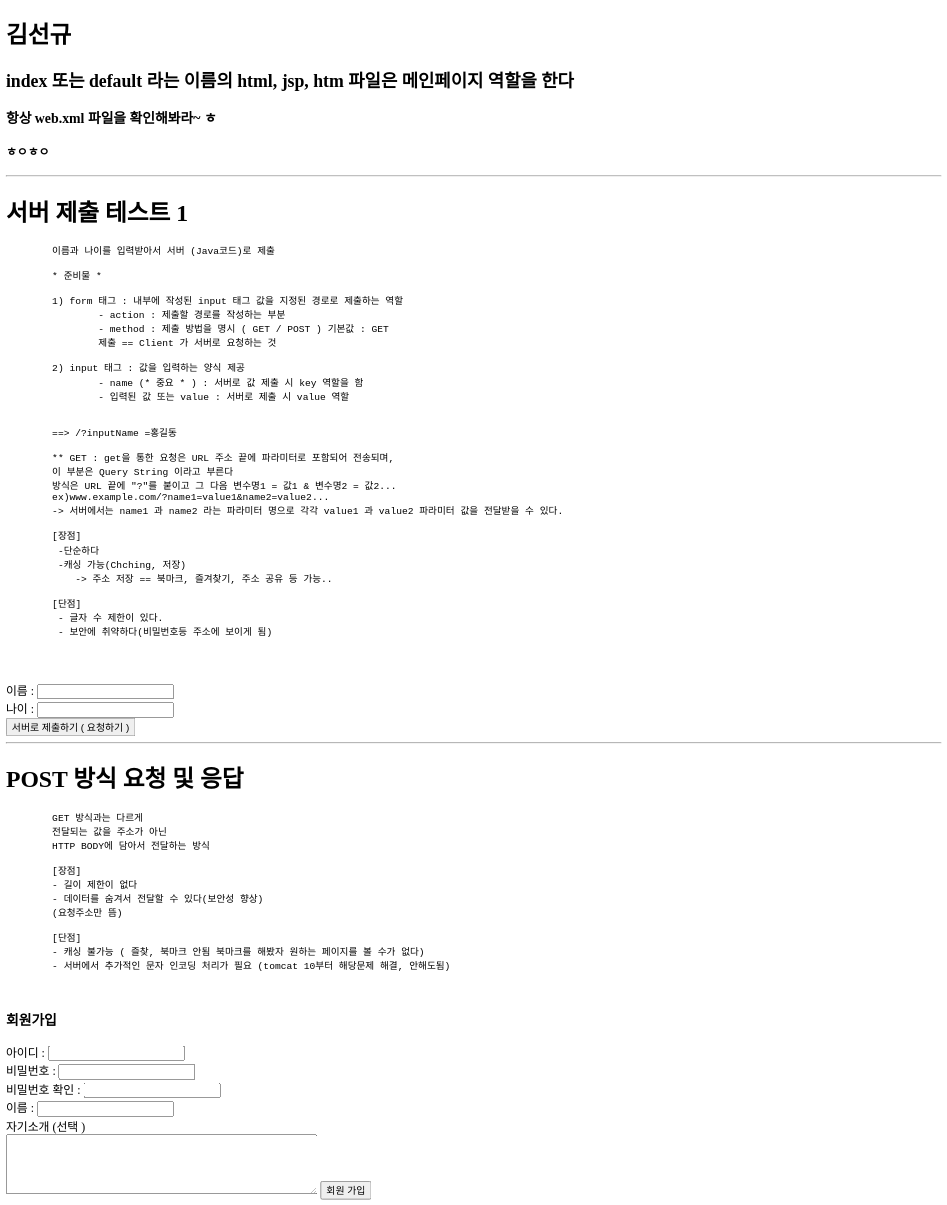
Repository: SeonKyuKimm/05_Server
Page: ServletProject/src/main/webapp/index.html
These files come from the project's save history. The page is drawn as it stood at one moment and after the next save; the edit follows.
The browser window is 1280 px wide. The pictures show the whole page, at 74% of full size.

Above is the page before, as saved 2024-03-21 06:49:13.

### ServletProject/src/main/webapp/index.html
<!DOCTYPE html>
<html lang="en">
<head>
    <meta charset="UTF-8">
    <meta name="viewport" content="width=device-width, initial-scale=1.0">
    <title>Servlet 프로젝트</title>
</head>

<body>
    <h1>김선규</h1>
    <h2>index 또는 default 라는 이름의 html, jsp, htm 파일은 메인페이지 역할을 한다</h2>
    <h3>항상 web.xml 파일을 확인해봐라~ ㅎ</h3>
    <h4>ㅎㅇㅎㅇ</h4>

    <hr>

    <h1>서버 제출 테스트 1</h1>
    <pre>
    	이름과 나이를 입력받아서 서버 (Java코드)로 제출

    	* 준비물 *

    	1) form 태그 : 내부에 작성된 input 태그 값을 지정된 경로로 제출하는 역할
    		- action : 제출할 경로를 작성하는 부분
    		- method : 제출 방법을 명시 ( GET / POST ) 기본값 : GET
    		제출 == Client 가 서버로 요청하는 것

    	2) input 태그 : 값을 입력하는 양식 제공
    		- name (* 중요 * ) : 서버로 값 제출 시 key 역할을 함
    		- 입력된 값 또는 value : 서버로 제출 시 value 역할

    	<!-- < input name="inputName" value="홍길동"/>-->
       	==> /?inputName =홍길동

    	** GET : get을 통한 요청은 URL 주소 끝에 파라미터로 포함되어 전송되며,
    	이 부분은 Query String 이라고 부른다
    	방식은 URL 끝에 "?"를 붙이고 그 다음 변수명1 = 값1 & 변수명2 = 값2...
    	ex)www.example.com/?name1=value1&name2=value2...
    	-> 서버에서는 name1 과 name2 라는 파라미터 명으로 각각 value1 과 value2 파라미터 값을 전달받을 수 있다.

        [장점]
         -단순하다
         -캐싱 가능(Chching, 저장)
            -> 주소 저장 == 북마크, 즐겨찾기, 주소 공유 등 가능..

        [단점]
         - 글자 수 제한이 있다.
         - 보안에 취약하다(비밀번호등 주소에 보이게 됨)


    </pre>

    <form action="/example1" method="get">

        이름 : <input name="inputName">
        <br>
        나이 : <input type="number" name="inputAge">
        <br>
        <button type="submit">서버로 제출하기 ( 요청하기 ) </button>

    </form>

    <hr>

    <h1>POST 방식 요청 및 응답</h1>
    <pre>
        GET 방식과는 다르게
        전달되는 값을 주소가 아닌
        HTTP BODY에 담아서 전달하는 방식

        [장점]
        - 길이 제한이 없다
        - 데이터를 숨겨서 전달할 수 있다(보안성 향상)
        (요청주소만 뜸)

        [단점]
        - 캐싱 불가능 ( 즐찾, 북마크 안됨 북마크를 해봤자 원하는 페이지를 볼 수가 없다)
        - 서버에서 추가적인 문자 인코딩 처리가 필요 (tomcat 10부터 해당문제 해결, 안해도됨)

    </pre>

    <h3>회원가입</h3>

    <form action="/signUp" method="post">

        아이디 : <input type="text" name="inputId" required> <br>
        비밀번호 : <input type="password" name="inputPw" required><br>
        비밀번호 확인 : <input type="password" required> <br>
        이름 : <input name="inputName" required> <br>

        자기소개 (선택 )<br>
        <textarea name="intro" cols="50" rows="5"></textarea>

        <button type="submit">회원 가입</button>
    </form>
</body>

</html>

After the next save:
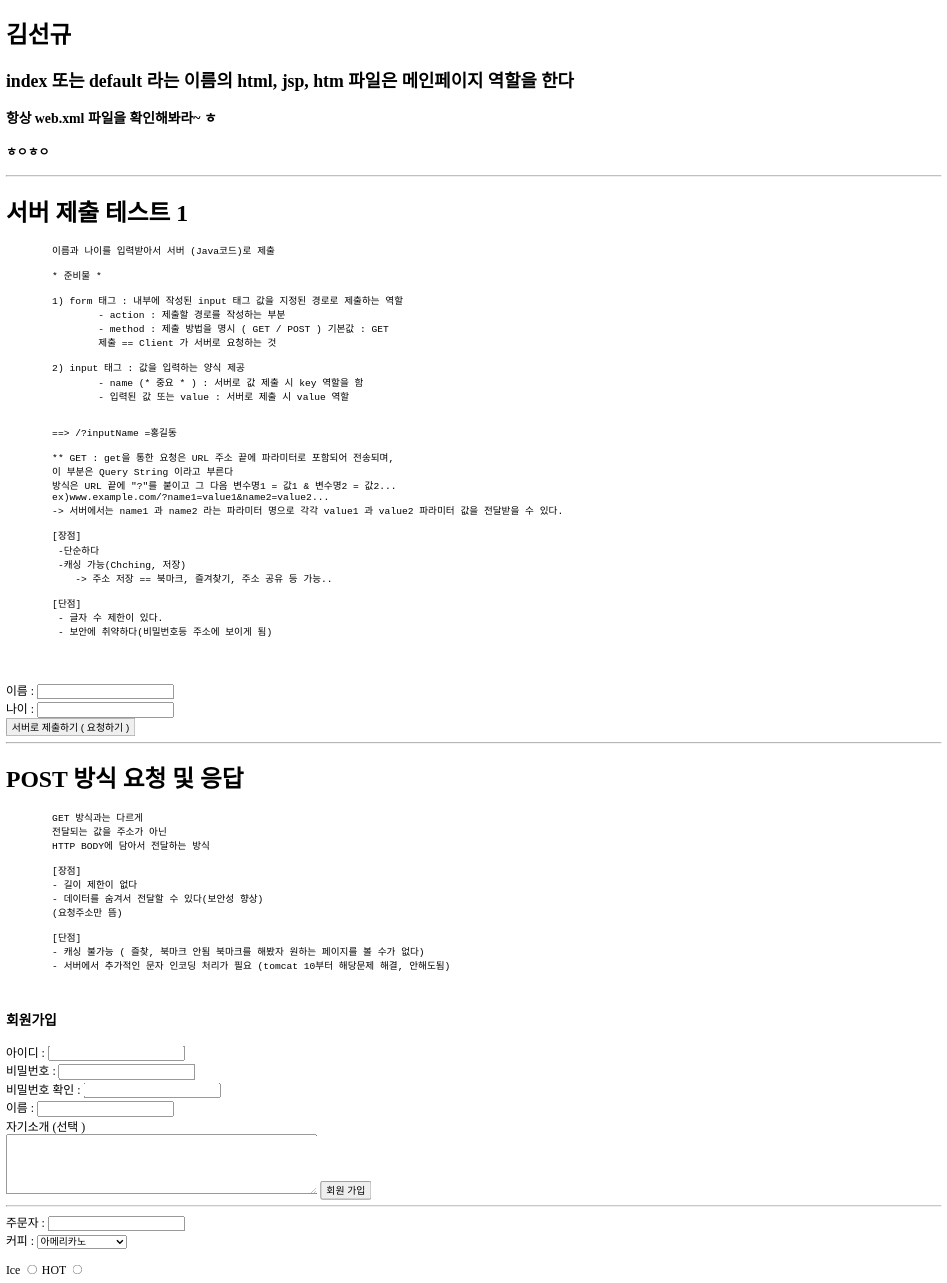
Saved 17 min 34 s later.
--- a/ServletProject/src/main/webapp/index.html
+++ b/ServletProject/src/main/webapp/index.html
@@ -93,6 +93,24 @@
 
         <button type="submit">회원 가입</button>
     </form>
+
+    <hr>
+
+    <form action="/coffee" method="get">
+    	주문자 : <input name="orderer">
+    	<br>
+
+    	커피 : <select name ="coffee">
+    				<option>아메리카노</option>
+    				<option>카페라떼</option>
+    				<option>콜드브루</option>
+    				<option>민트초코칩프라페</option>
+    				<option>카푸치노</option>
+    		   </select>
+    	<br><br>
+    	Ice <input type="radio" name ="type" value="ice">
+    	HOT <input type="radio" name="type" value="hot">
+    </form>
 </body>
 
 </html>
